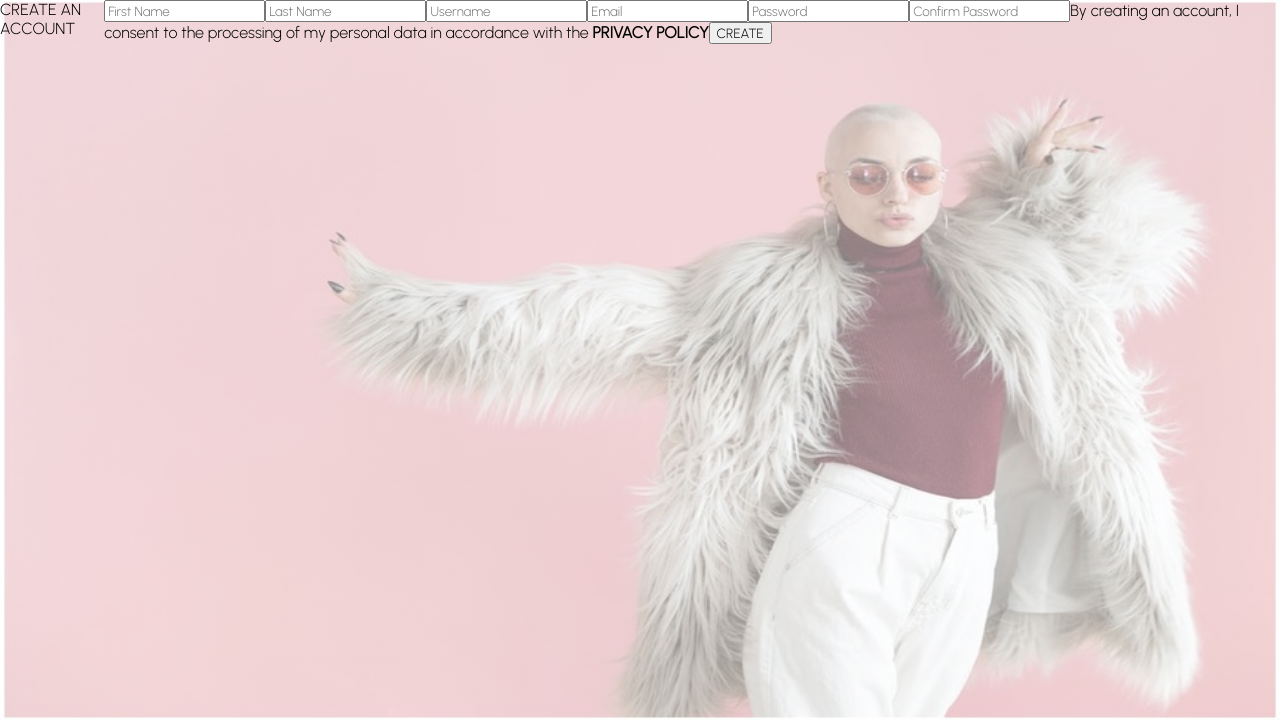
Repository: kmvaghela/ECOMMERCE
Page: /
These files come from the project's save history. The page is drawn as it stood at one moment and after the next save; the edit follows.
The browser window is 1280 px wide. The pictures show the whole page.
The project was rebuilt for these pictures with package versions that can differ from the ones it lists, and the page was loaded fresh each time. Also part of the build but not shown: src/components/Announcement.jsx, src/data.js, src/components/CategoryItem.jsx, src/components/Categories.jsx, src/components/Navbar.jsx, src/components/Product.jsx, src/components/Products.jsx, src/components/Slider.jsx and 5 more.

Above is the page before, as saved 2022-02-24 09:57:56.

### public/index.html
<!DOCTYPE html>
<html lang="en">

<head>
  <meta charset="utf-8" />
  <meta name="viewport" content="width=device-width, initial-scale=1" />
  <meta name="description" content="Web site created using create-react-app" />
  <link href="https://fonts.googleapis.com/css2?family=Urbanist:wght@100;200;300&display=swap" rel="stylesheet">
  <style>
    * {
      margin: 0;
      font-family: 'Urbanist', sans-serif;
    }
  </style>
  <title>React App</title>
</head>

<body>
  <noscript>You need to enable JavaScript to run this app.</noscript>
  <div id="root"></div>
</body>

</html>

### src/App.jsx
import Home from "./pages/Home";
import Product from "./pages/Product";
import ProductList from "./pages/ProductList";
import Register from "./pages/Register";

const App = () => {
  return (
    // <Home />
    // <ProductList />
    // <Product />
    <Register />
  );
};

export default App;

### src/pages/Register.jsx
import React from "react";
import styled from "styled-components";
import RegisterBg from "../assets/register-bg.jpg";

const Container = styled.div``;

const Wrapper = styled.div`
  height: 100vh;
  width: 100vw;
  background: linear-gradient(
      rgba(255, 255, 255, 0.5),
      rgba(255, 255, 255, 0.5)
    ),
    url(${RegisterBg}) center;
  background-repeat: no-repeat;
  background-size: 100vw 100vh;
  display:flex;
`;

const Title = styled.div``;

const Form = styled.form``;

const Input = styled.input``;

const Agreement = styled.span``;

const Button = styled.button``;

const Register = () => {
  return (
    <Container>
      <Wrapper>
        <Title>CREATE AN ACCOUNT</Title>
        <Form>
          <Input placeholder="First Name" />
          <Input placeholder="Last Name" />
          <Input placeholder="Username" />
          <Input placeholder="Email" />
          <Input placeholder="Password" />
          <Input placeholder="Confirm Password" />
          <Agreement>
            By creating an account, I consent to the processing of my personal
            data in accordance with the <b>PRIVACY POLICY</b>
          </Agreement>
          <Button>CREATE</Button>
        </Form>
      </Wrapper>
    </Container>
  );
};

export default Register;

Loaded but not shown: src/index.js (common file)

After the next save:
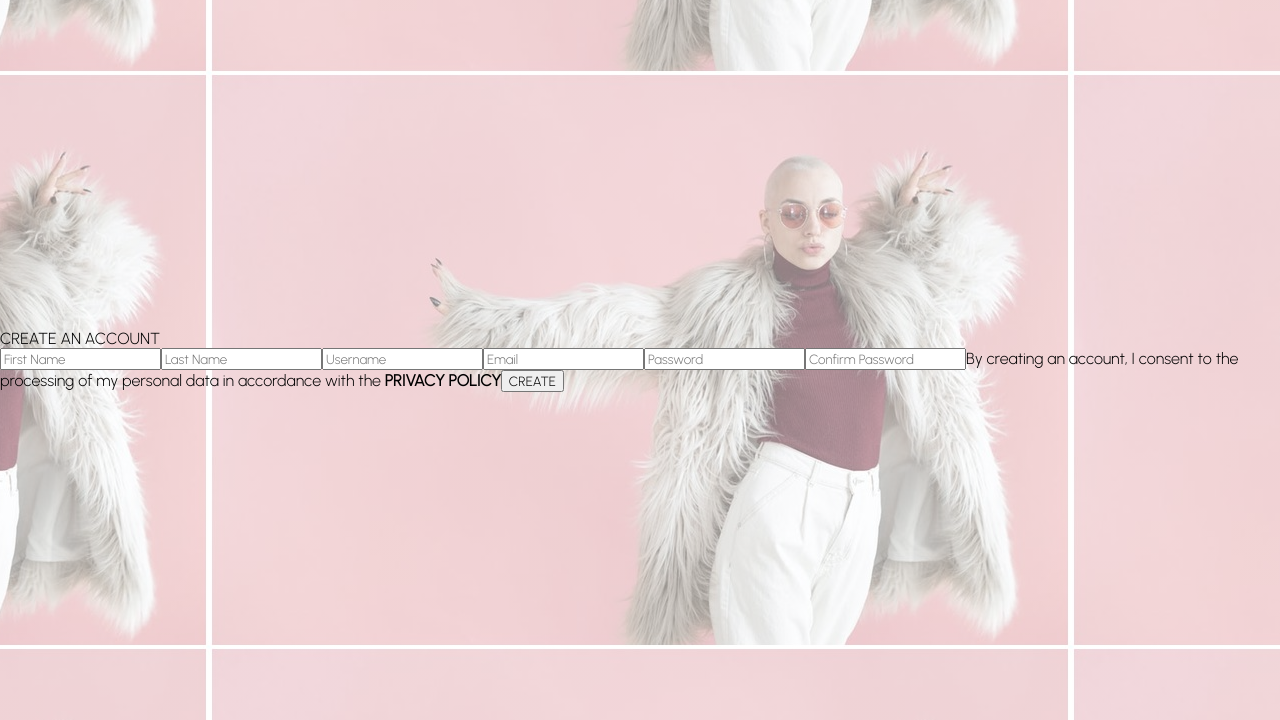
Saved 76 s later.
--- a/src/pages/Register.jsx
+++ b/src/pages/Register.jsx
@@ -2,9 +2,7 @@
 import styled from "styled-components";
 import RegisterBg from "../assets/register-bg.jpg";
 
-const Container = styled.div``;
-
-const Wrapper = styled.div`
+const Container = styled.div`
   height: 100vh;
   width: 100vw;
   background: linear-gradient(
@@ -12,10 +10,12 @@
       rgba(255, 255, 255, 0.5)
     ),
     url(${RegisterBg}) center;
-  background-repeat: no-repeat;
-  background-size: 100vw 100vh;
-  display:flex;
+  display: flex;
+  align-items: center;
+  justify-content: center;
 `;
+
+const Wrapper = styled.div``;
 
 const Title = styled.div``;
 
